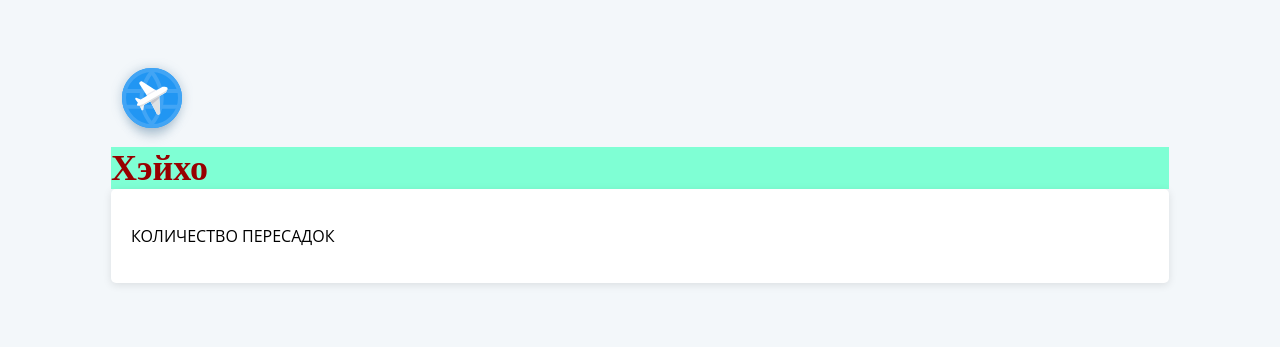
Repository: Dedoxa/aviasalesTickets
Page: /
An editor plug-in stored every save of this project. The page is shown before and after the next save, followed by the edit.
The browser window is 1280 px wide. The pictures show the whole page.
The project was rebuilt for these pictures with package versions that can differ from the ones it lists, and the page was loaded fresh each time. Also part of the build but not shown: vite.config.js, src/TransferFilters/TransferFilters.module.scss.

Above is the page before, as saved 2024-10-19 15:40:58.

After the next save:
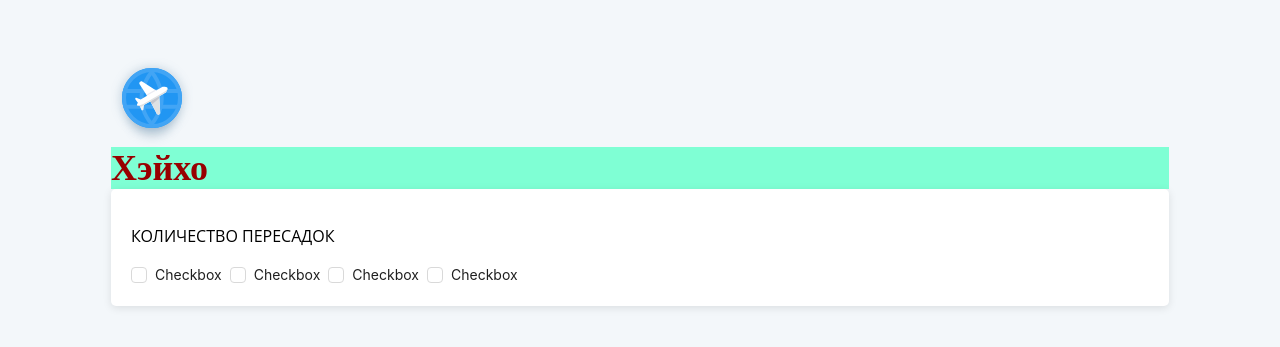
Saved 75 s later.
--- a/src/TransferFilters/TransferFilters.jsx
+++ b/src/TransferFilters/TransferFilters.jsx
@@ -9,6 +9,10 @@ const TransferFilters = () => {
   return (
     <div className={contentBox}>
       <p>КОЛИЧЕСТВО ПЕРЕСАДОК</p>
+      <Checkbox>Checkbox</Checkbox>
+      <Checkbox>Checkbox</Checkbox>
+      <Checkbox>Checkbox</Checkbox>
+      <Checkbox>Checkbox</Checkbox>
     </div>
   );
 };
